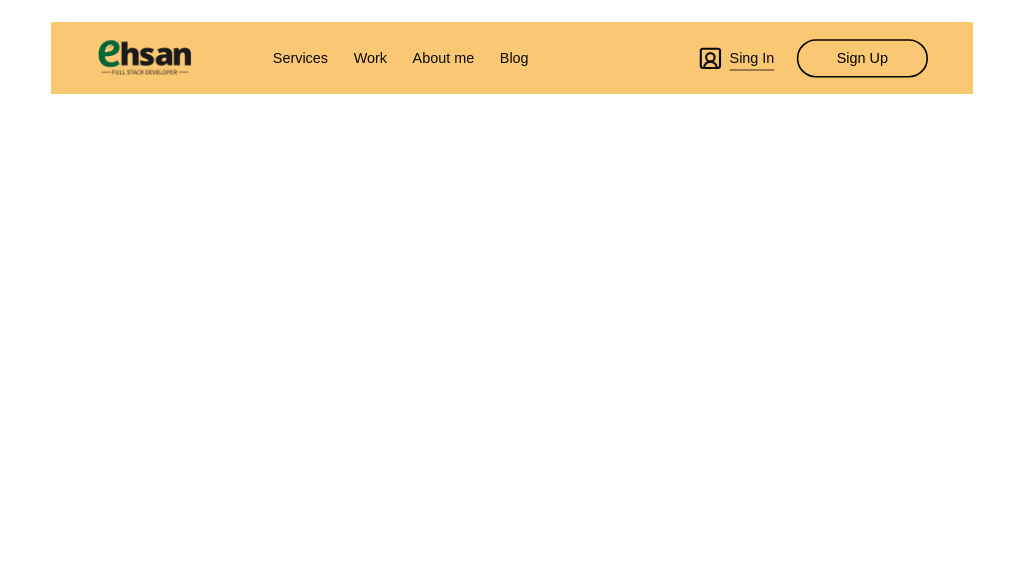
Repository: FrontendProjectsNL/mijn-portfolio-project
Page: /exercise
These files come from the project's save history. The page is drawn as it stood at one moment and after the next save; the edit follows.
The browser window is 1280 px wide. The pictures show the whole page, at 80% of full size.
The project was rebuilt for these pictures with package versions that can differ from the ones it lists, and the page was loaded fresh each time. The framework's server and built-in components were replaced by stand-ins that run in the browser. Also part of the build but not shown: next.config.mjs.

Above is the page before, as saved 2024-10-25 13:54:27.

After the next save:
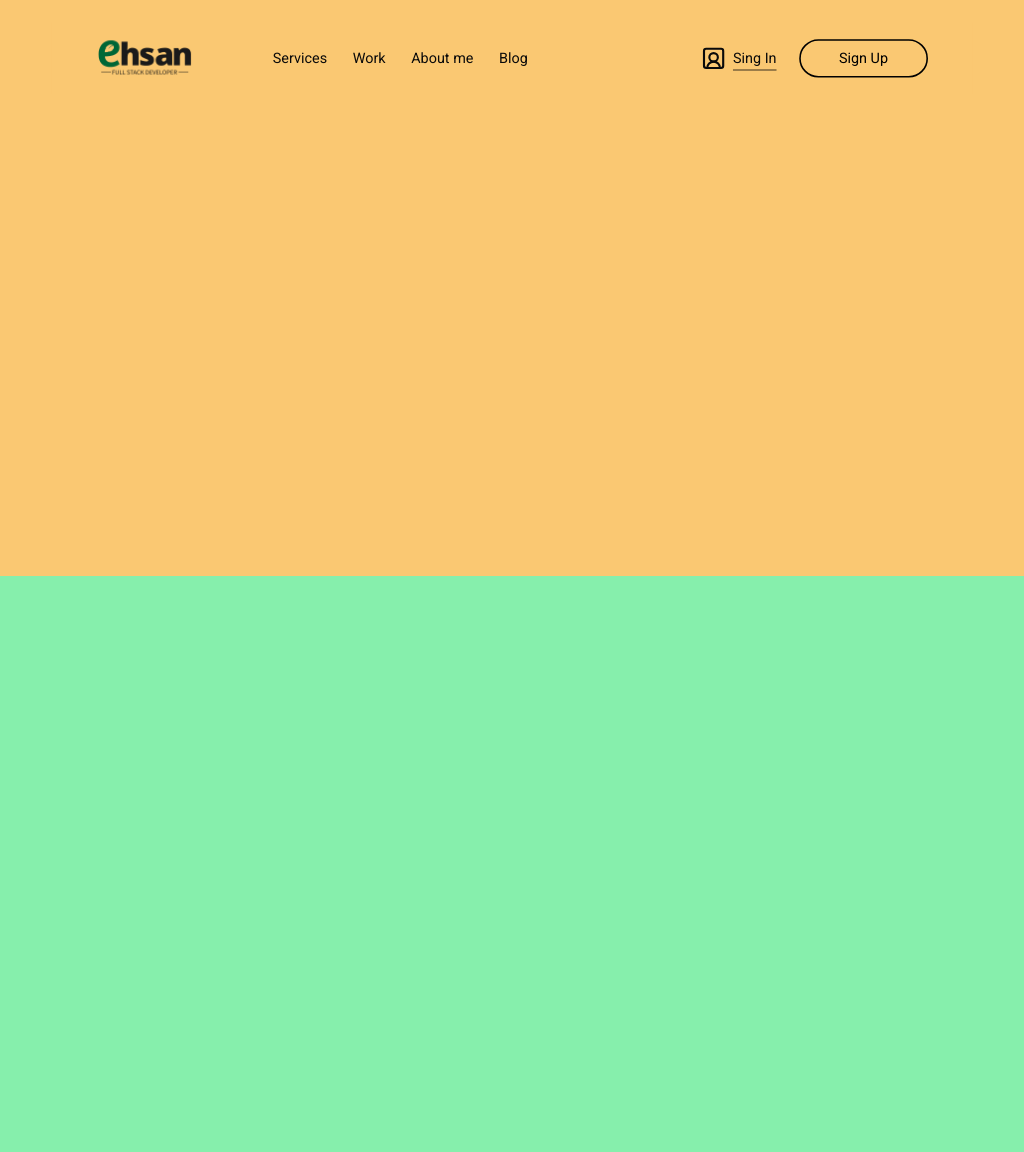
Saved 18 s later.
--- a/app/layout.tsx
+++ b/app/layout.tsx
@@ -41,13 +41,10 @@ export default function RootLayout({
 }>) {
   return (
     <html lang="en">
-      <Header>
-        <body
-          className={`${roboto.variable} ${firaCode.variable}  antialiased`}
-        >
-          {children}
-        </body>
-      </Header>
+      <body className={`${roboto.variable} ${firaCode.variable}  antialiased`}>
+        <Header></Header>
+        {children}
+      </body>
     </html>
   );
 }
